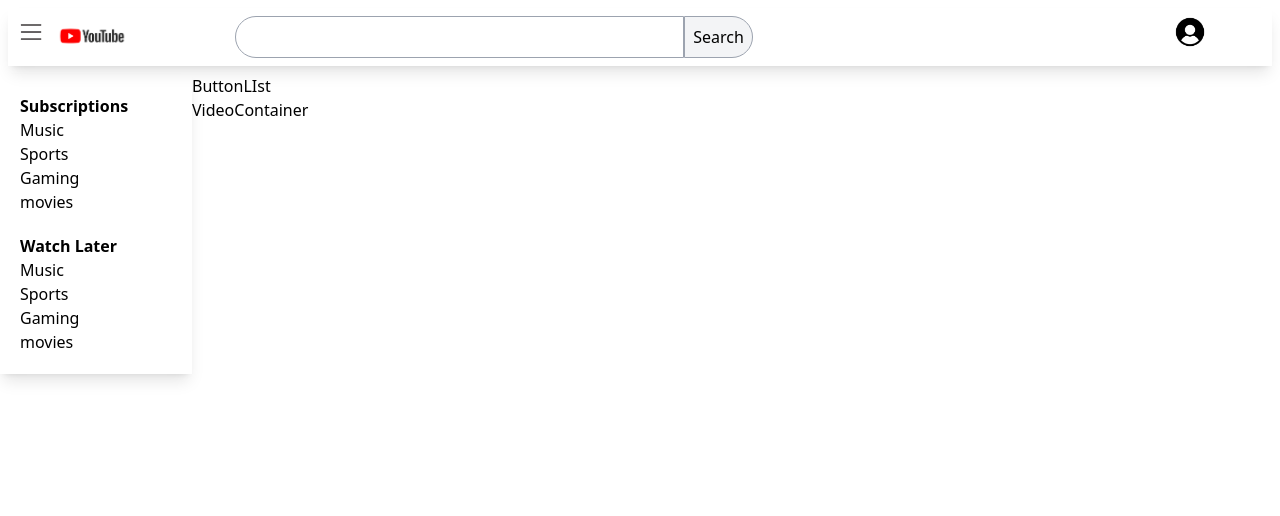
Repository: AmolPawar7181/namaste-youtube
Page: /watch
The author's editor kept a copy of each file at every save. The page is drawn from the files as they stood at one save, then again after the next save.
The browser window is 1280 px wide. The pictures show the whole page.
The project was rebuilt for these pictures with package versions that can differ from the ones it lists, and the page was loaded fresh each time. Also part of the build but not shown: vite.config.ts.

Above is the page before, as saved 2023-03-19 12:23:39.

After the next save:
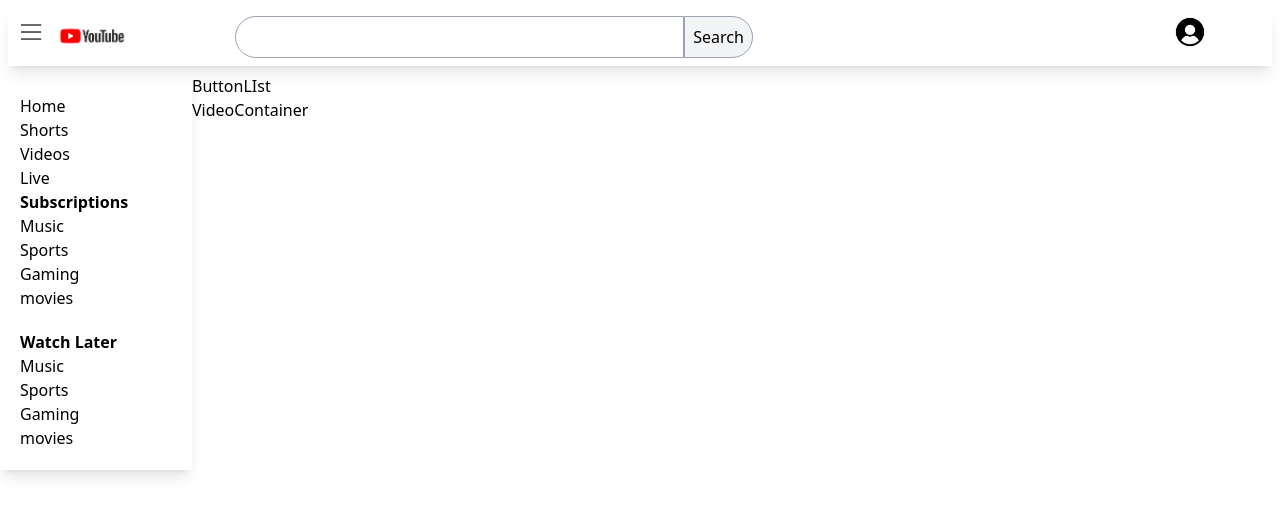
Saved 38 s later.
--- a/src/components/SideBar.tsx
+++ b/src/components/SideBar.tsx
@@ -3,6 +3,12 @@
 const SideBar = () => {
 	return (
 		<div className='p-5 shadow-lg w-48'>
+			<ul>
+				<li>Home</li>
+				<li>Shorts</li>
+				<li>Videos</li>
+				<li>Live</li>
+			</ul>
 			<h1 className='font-bold'>Subscriptions</h1>
 			<ul>
 				<li>Music</li>
